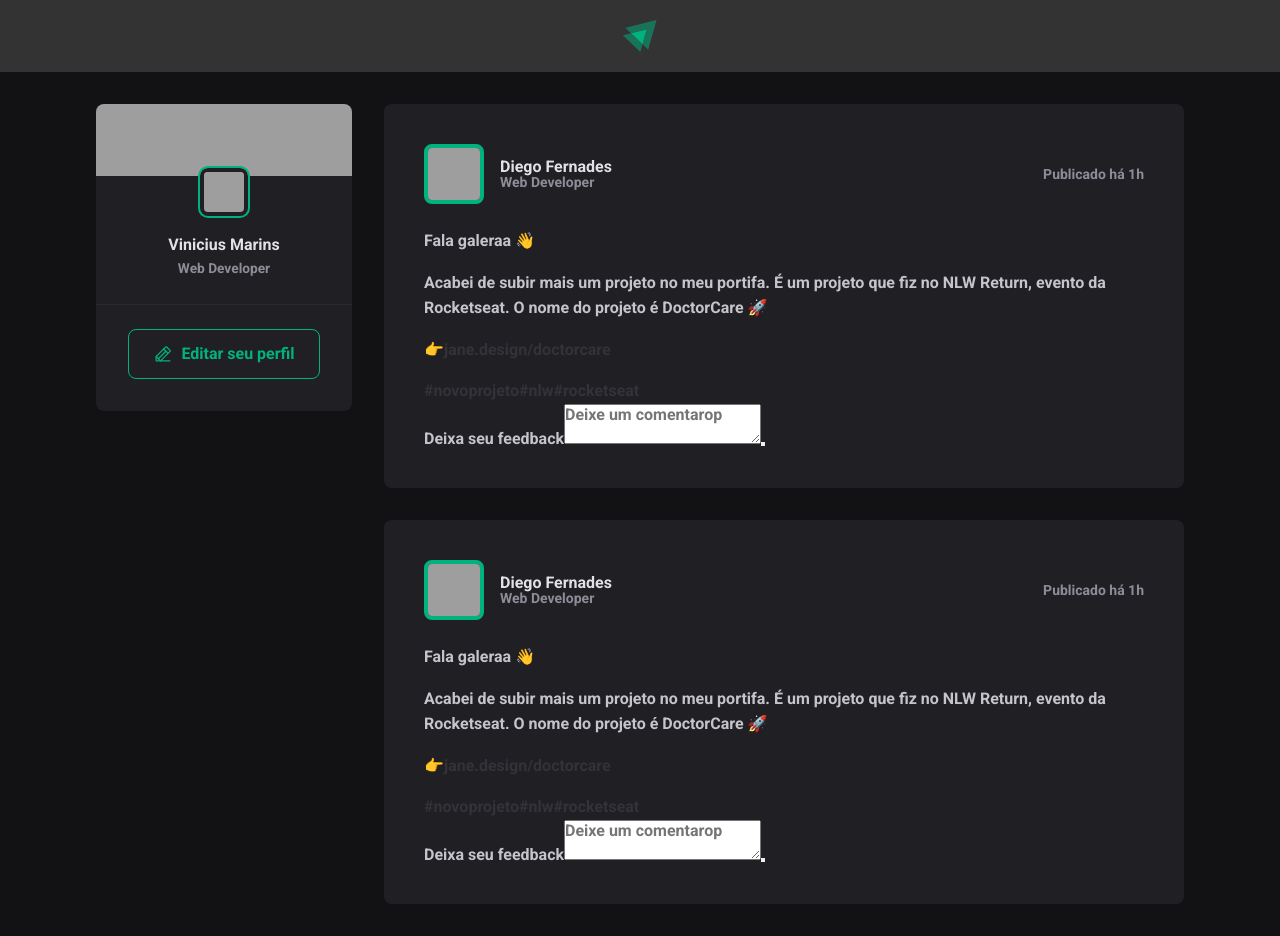
Repository: viniimartins/reactFundamentosRocketseat
Page: /
The author's editor kept a copy of each file at every save. The page is drawn from the files as they stood at one save, then again after a run of saves.
The browser window is 1280 px wide. The pictures show the whole page.
Pictures or frames that could not be fetched are drawn as grey boxes. The project was rebuilt for these pictures with package versions that can differ from the ones it lists, and the page was loaded fresh each time. Also part of the build but not shown: vite.config.js.

Above is the page before, as saved 2023-04-29 23:00:09.

After the next 2 saves:
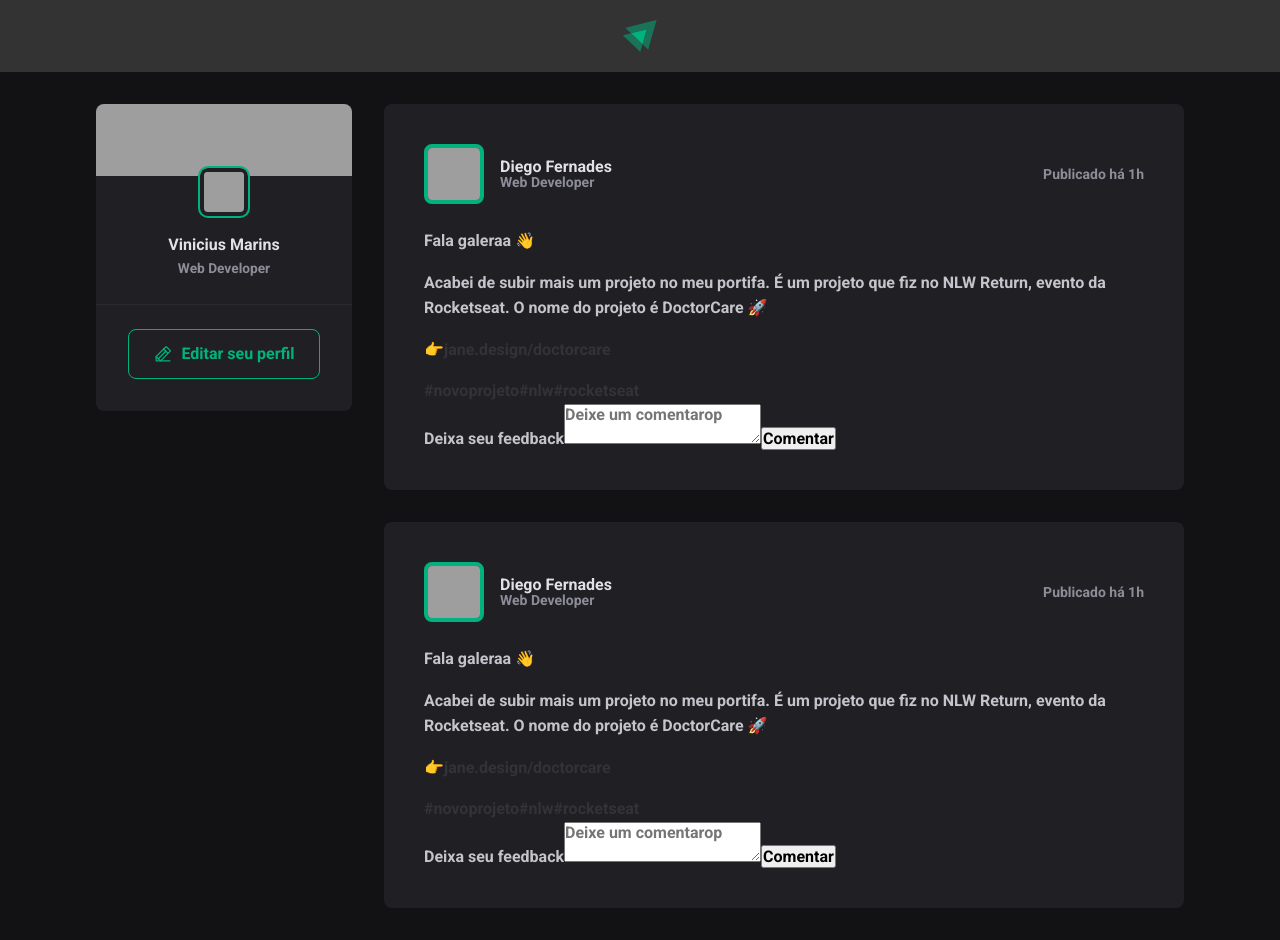
The 2 saves are shown as one change because they came seconds apart.
The last was saved 8 s later.
--- a/src/Components/Post.jsx
+++ b/src/Components/Post.jsx
@@ -35,7 +35,7 @@ export function Post() {
 
                 />
 
-                <button type="submit"></button>
+                <button type="submit">Comentar</button>
             </form>
         </article>
     )
